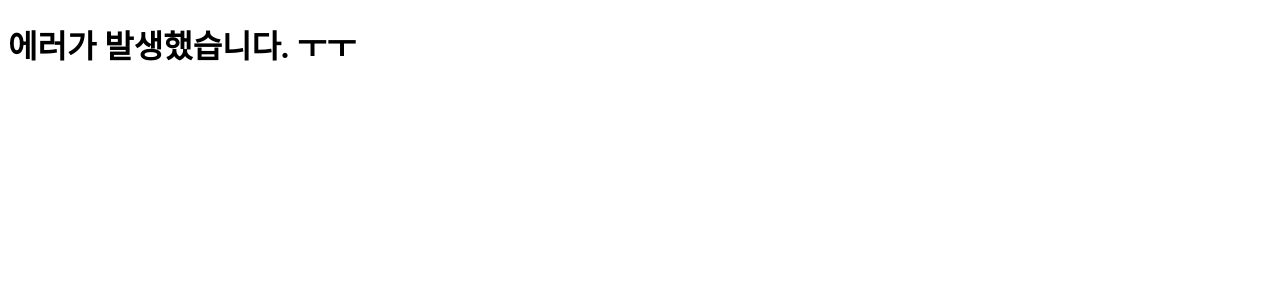
Repository: ifpi98/java_e
Page: http://localhost/jspproject/footer.jsp
These files come from the project's save history. The page is drawn as it stood at one moment and after the next save; the edit follows.
The browser window is 1280 px wide. The pictures show the whole page.
The page is served by Tomcat 9.

Above is the page before, as saved 2023-07-06 03:43:38.

After the next save:
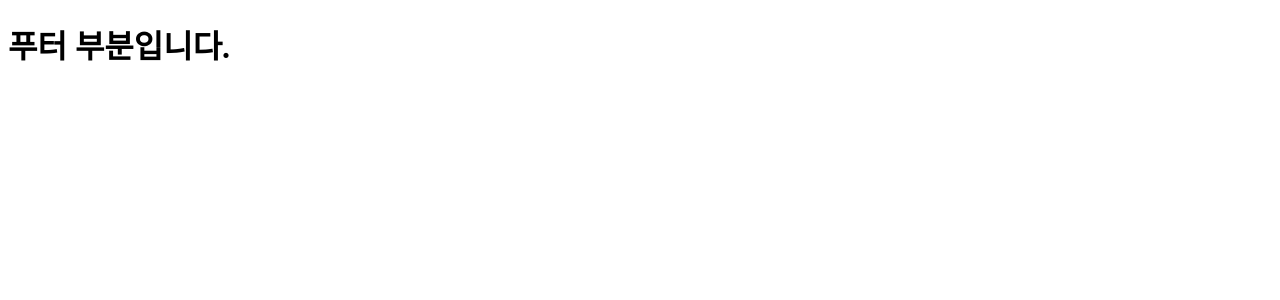
Saved 8 s later.
--- a/jspproject/src/main/webapp/footer.jsp
+++ b/jspproject/src/main/webapp/footer.jsp
@@ -8,7 +8,7 @@
 </head>
 <body>
 
-<h1> 에러가 발생했습니다. ㅜㅜ</h1>
+<h1> 푸터 부분입니다.</h1>
 
 </body>
 </html>
